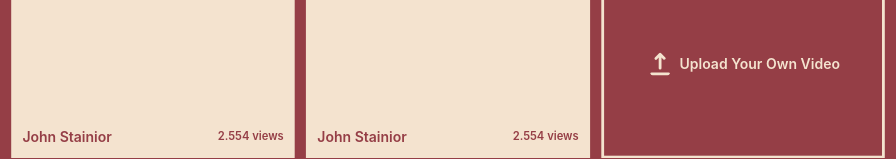
Repository: farrelmuhammad/test-salt
Page: /
An editor plug-in stored every save of this project. The page is shown before and after the next save, followed by the edit.
The browser window is 1280 px wide. The pictures show the part of the page from y = 688 to 2608 px (the page is 915 px tall before and 2857 px after), at 70% of full size.
The project was rebuilt for these pictures with package versions that can differ from the ones it lists, and the page was loaded fresh each time. Also part of the build but not shown: src/App.css.

Above is the page before, as saved 2022-11-21 16:48:16.

After the next save:
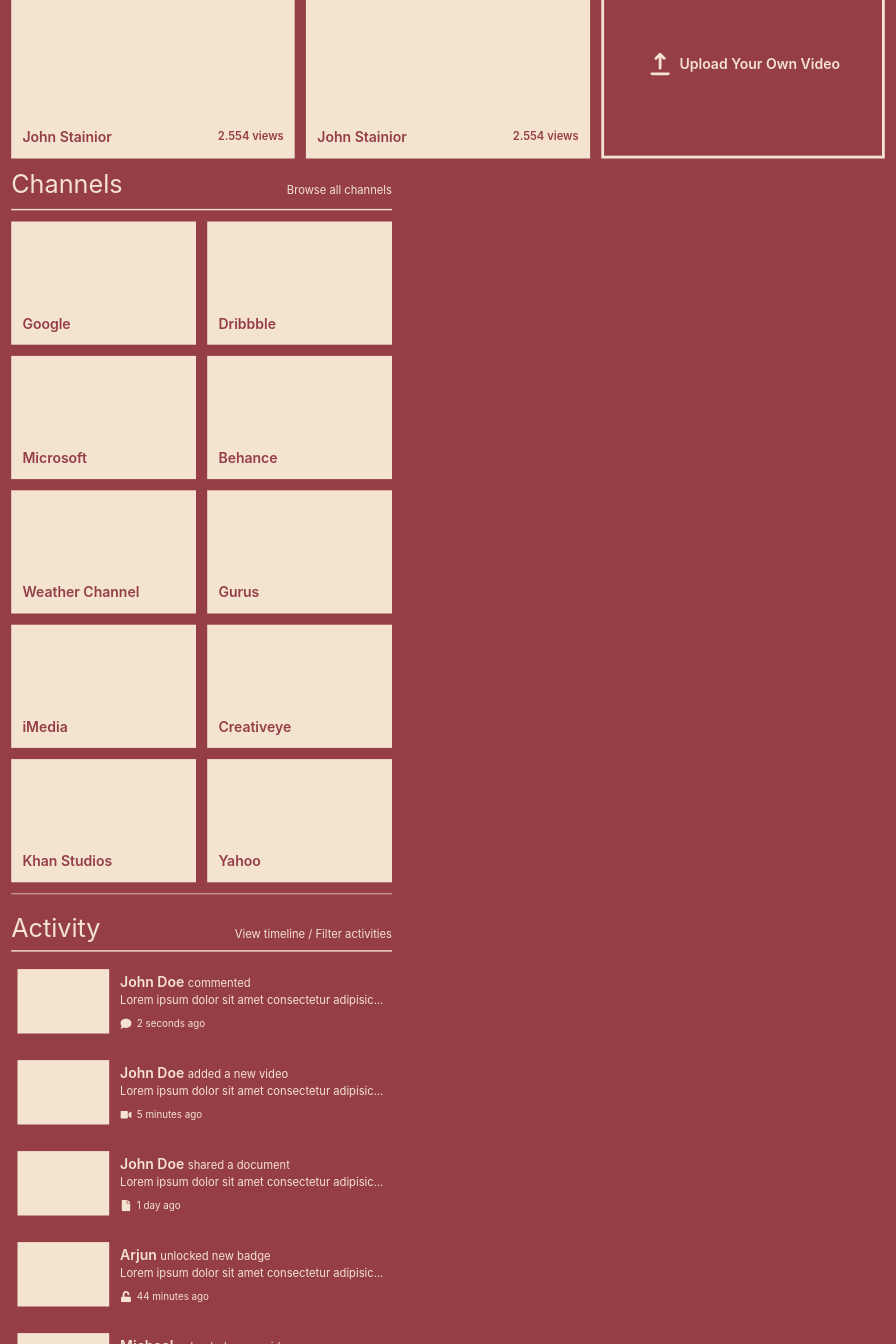
Saved 2 min 26 s later.
--- a/src/App.js
+++ b/src/App.js
@@ -8,8 +8,8 @@ function App() {
   return (
     <>
       <Box />
-      {/* <Channels /> */}
-      {/* <Activity /> */}
+      <Channels />
+      <Activity />
     </>
   );
 }
